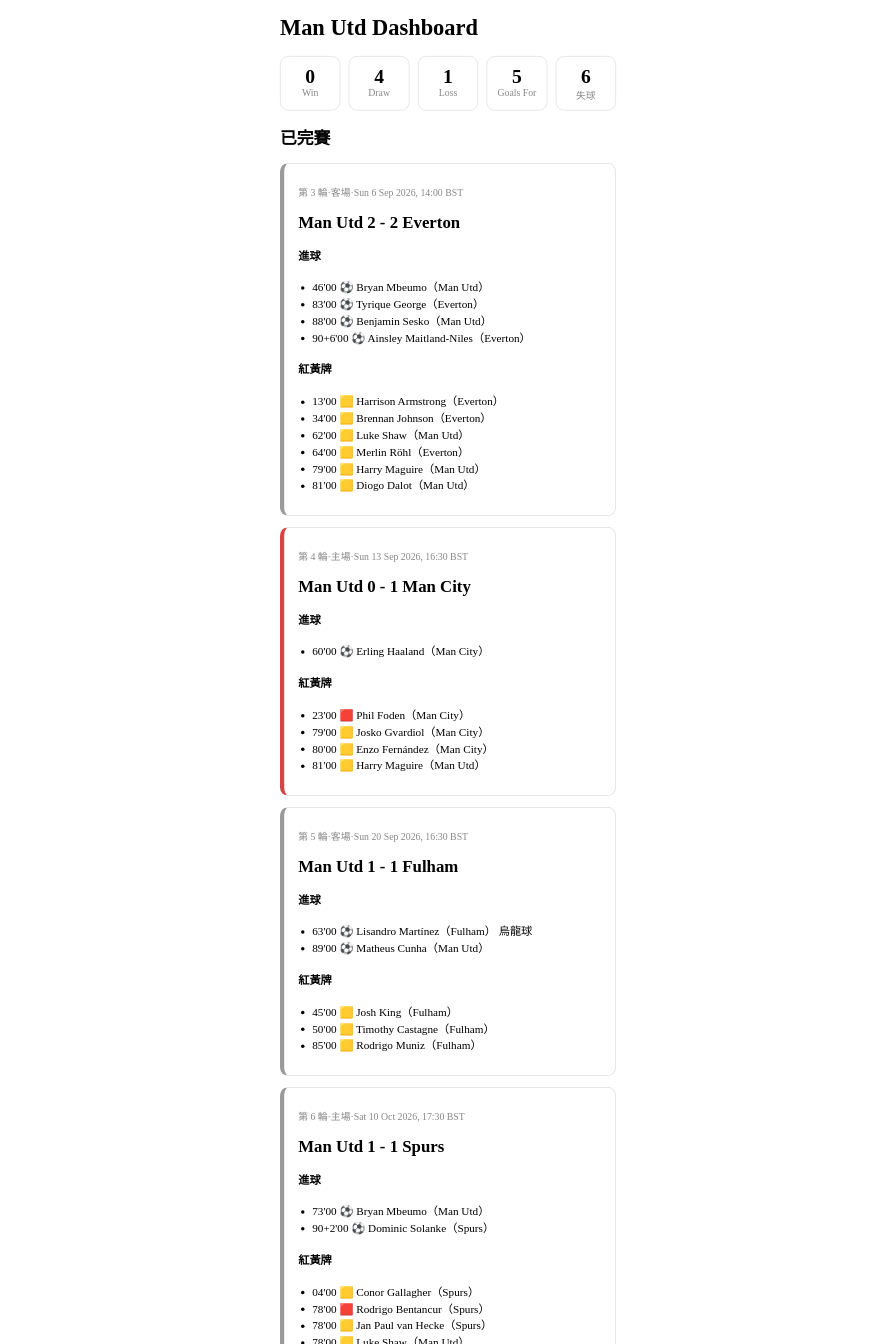
Repository: Chengyu0814/Premier-League-Dashboard
Page: / (app in frontend/)
These files come from the project's save history. The page is drawn as it stood at one moment and after a run of saves; the edit follows.
The browser window is 1280 px wide. The pictures show the part of the page from y = 0 to 1920 px (the page is 3008 px tall before and 3004 px after), at 70% of full size.
The project was rebuilt for these pictures with package versions that can differ from the ones it lists, and the page was loaded fresh each time. Also part of the build but not shown: frontend/vite.config.js.

Above is the page before, as saved 2026-10-27 14:00:40.

After the next 2 saves:
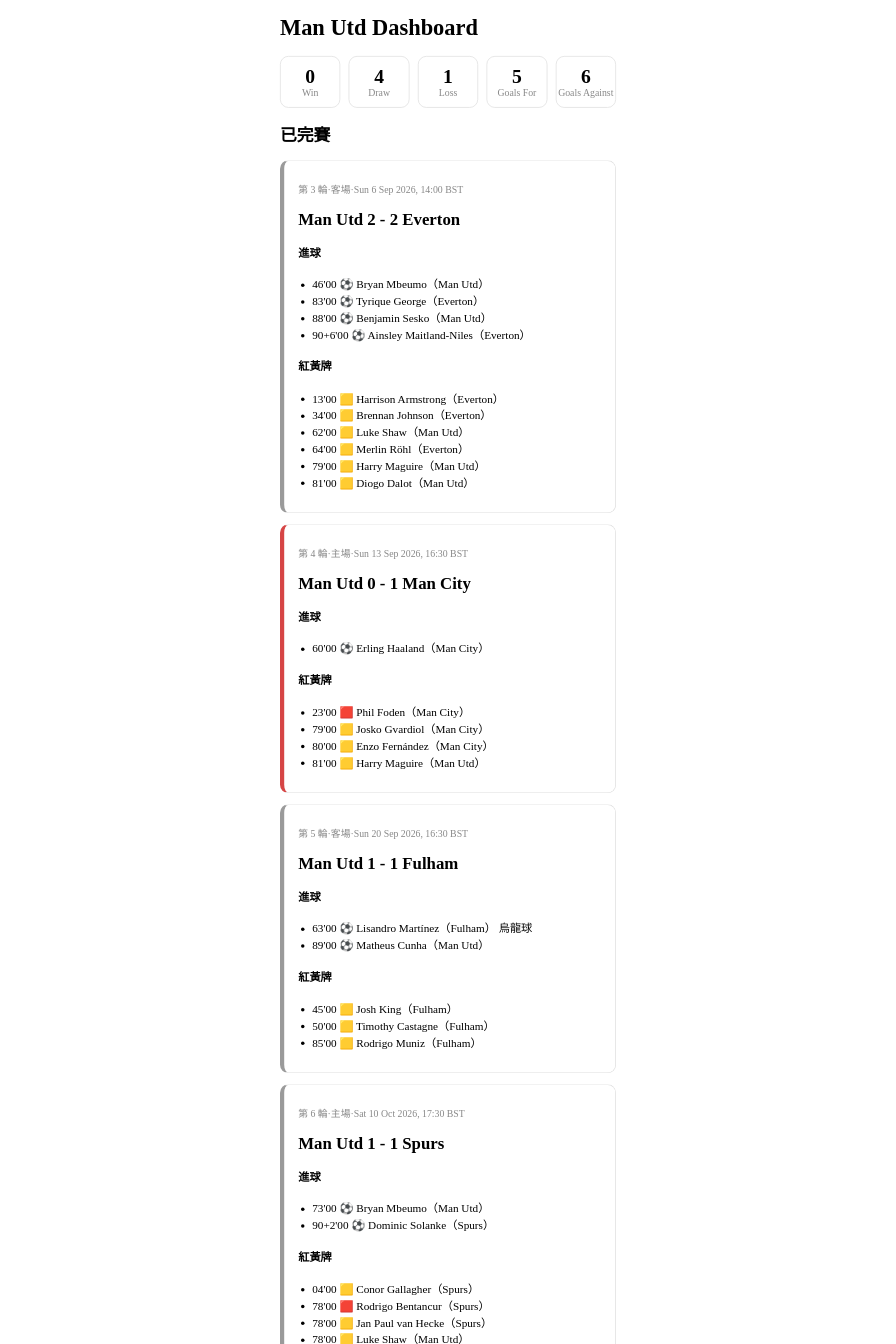
The 2 saves are shown as one change because they came seconds apart.
The last was saved 7 s later.
--- a/frontend/src/Summary.jsx
+++ b/frontend/src/Summary.jsx
@@ -19,7 +19,7 @@
         { label: 'Draw', value: draw },
         { label: 'Loss', value: loss },
         { label: 'Goals For', value: goalsFor },
-        { label: '失球', value: goalsAgainst }
+        { label: 'Goals Against', value: goalsAgainst }
     ]
 
     return (
